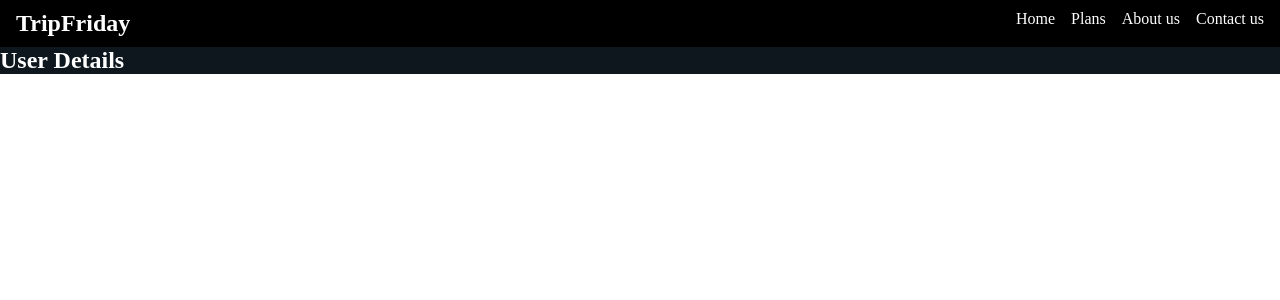
Repository: suraj-yadav7/userprofile
Page: /
These files come from the project's save history. The page is drawn as it stood at one moment and after the next save; the edit follows.
The browser window is 1280 px wide. The pictures show the whole page.
The page's requests for data from a server got no answer. The project was rebuilt for these pictures with package versions that can differ from the ones it lists, and the page was loaded fresh each time. No one was signed in, and anything a server would have sent is missing. Also part of the build but not shown: src/assests/userDetails.scss, src/components/UserDetails.jsx.

Above is the page before, as saved 2023-05-04 15:08:16.

### src/App.js
import './App.scss';
import UserProfile from './components/UserProfile';
import UserDetails from './components/UserDetails';
import { BrowserRouter as Router, Routes, Route } from 'react-router-dom';
import Header from './components/Header';


function App() {
  return (
    <>
    <Router>
      <Header />
      <Routes>
        <Route exact path='/' element={<UserProfile/>} />
        <Route exact path='/userdetails' element={<UserDetails/> } />
      </Routes>
    </Router>
    </>
  );
}

export default App;

### src/App.scss
*{
padding: 0;
margin: 0;
box-sizing: border-box;
}
nav{
    display: flex;
    justify-content:space-between;
    padding: 10px 1rem;
    background-color: black;
    color: white;
    >div>ul{
        display: flex;
        list-style: none;
        gap: 1rem;
    }
}

### src/components/UserProfile.jsx
import React, { useEffect, useState } from 'react';
import { useNavigate } from 'react-router-dom';
import "../assests/userProfile.scss";

const UserProfile = () => {
  const [show, setShow] = useState(false)
  const [userData, setUserData] = useState("")
  const navigate = useNavigate()

  const handleNavigate = () => {
    navigate("/userdetails")
  }

  useEffect(() => {
    const Users = async () => {
      try {
        const fetchUser = await fetch("https://jsonplaceholder.typicode.com/users")
        const data = await fetchUser.json()
        setUserData(data)
      }
      catch (error) {
        console.log("Error while fetching user data from api")
      }
    }
    Users()
  }, [])
  console.log(userData.username)
  return (
    <>
      <div className='userprofile'>
        <h2>User Details</h2>
        <div className='main'>
        <div className='userList'>
          {
            Array.isArray(userData) && userData.map((userIndex) => {
              return (
                <div className='fetchList'>
                  <p onMouseOver={() => setShow(true)} onMouseOut={() => setShow(false)}>{userIndex.username}</p> <button onClick={handleNavigate} >Show Details</button>
                </div>
              )
            })}

        </div>
        {show ?
          (<div className='hoverItem'>
            <p>Username: srikanth67</p>
            <p>Email: srikanth@gmail.com</p>
          </div>) : null
        }
        </div>
      </div>
    </>
  )
}

export default UserProfile

### src/components/Header.jsx
import React from 'react'

const Header = () => {
  return (
  <>
  <nav>
<h1>TripFriday</h1>
<div>
    <ul>
        <li>Home</li>
        <li>Plans</li>
        <li>About us</li>
        <li>Contact us</li>
    </ul>
</div>
</nav>
  </>
  )
}

export default Header

### src/assests/userProfile.scss
@import "./color.scss";

.userprofile{
background-color: $primary-color;
color: white;
}
.main{
    display: flex;

}
.userList{
    >div{
        padding: 1rem;
        display: flex;
        text-align: center;
    }
}
.fetchList,p,button{
    padding: 30 px;
    margin: 1rem;
    text-align: center;

    >p{
        font: 400 1.1rem sans-serif;
    }
    >button{
        background-color:beige;
        border:1px solid grey;
        width: 6rem;
        height: 2rem;
        border-radius: 1rem;
    }
}
.hoverItem{
    margin: 10rem 3rem;
}

### src/assests/color.scss
$primary-color: #0f171e;
$secondary-color: #1a242f;
$font-primary:#ffff;
$font-secondary: #79b8f3;

Loaded but not shown: public/index.html (common file); src/index.js (common file)

After the next save:
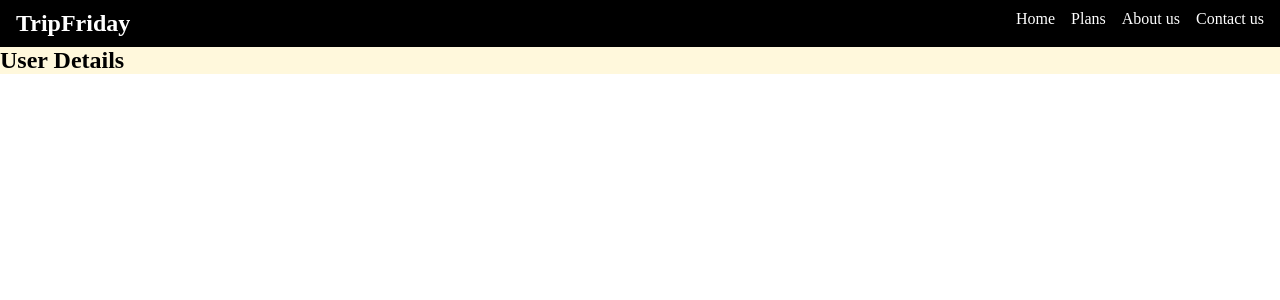
Saved 43 s later.
--- a/src/assests/userProfile.scss
+++ b/src/assests/userProfile.scss
@@ -1,8 +1,7 @@
 @import "./color.scss";
 
 .userprofile{
-background-color: $primary-color;
-color: white;
+background-color:cornsilk;
 }
 .main{
     display: flex;
